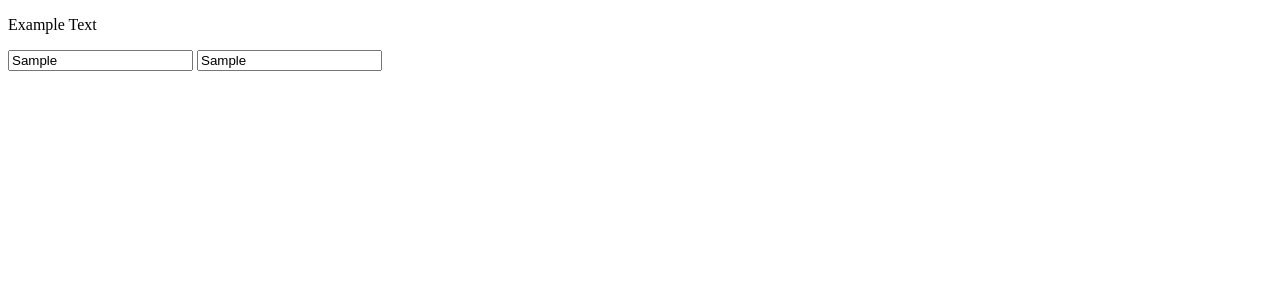
Repository: Priyanshubhartistm/webDev
Page: Jquery/index.html
These files come from the project's save history. The page is drawn as it stood at one moment and after a run of saves; the edit follows.
The browser window is 1280 px wide. The pictures show the whole page.
Empty fields were first filled with sample values (such as "Sample", 5 or name@example.com).
After loading, the first visible `input.input` was changed once.

Above is the page before, as saved 2021-07-01 19:16:30.

### Jquery/index.html
<!DOCTYPE html>
<html lang="en">

<head>
    <meta charset="UTF-8">
    <meta http-equiv="X-UA-Compatible" content="IE=edge">
    <meta name="viewport" content="width=device-width, initial-scale=1.0">
    <title>Document</title>
</head>

<body>
    <p class="reflextion">Example Text</p>
    <input type="text" class="input" placeholder="1" />
    <input type="text" class="input" placeholder="2" />

    <script src="https://code.jquery.com/jquery-3.6.0.slim.min.js"
        integrity="sha256-u7e5khyithlIdTpu22PHhENmPcRdFiHRjhAuHcs05RI=" crossorigin="anonymous"></script>

    <script>
        //   1. Single List Change
        // $($(".input")[1]).change(function(){
        //     console.log("changed");
        // });

        //  2. Complete List Change
        // <script>
        // $(".input").change(function(){
        //     console.log("changed");
        // });


        //    $("input").on(".input").change(function () {
        //         console.log("changed");
        //     });


        $("input").on(".input").change(function (e) {
           $("p")
        });

    </script>
</body>

</html>

After the next 4 saves:
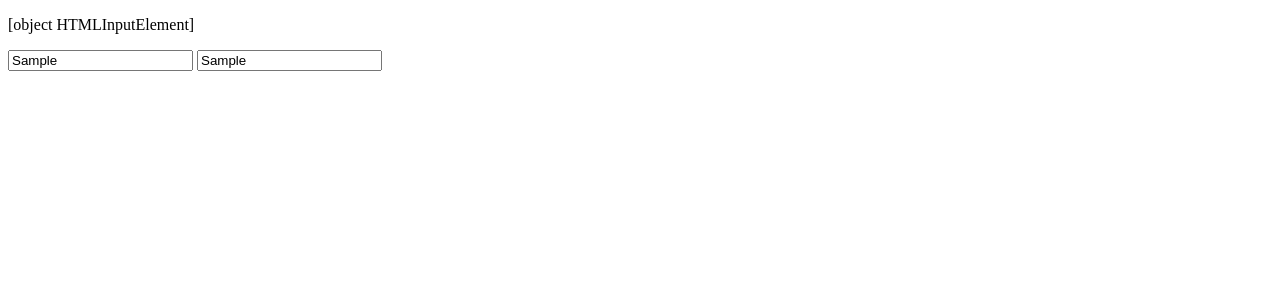
The 4 saves are shown as one change because they came seconds apart.
The last was saved 16 s later.
--- a/Jquery/index.html
+++ b/Jquery/index.html
@@ -35,7 +35,7 @@
 
 
         $("input").on(".input").change(function (e) {
-           $("p")
+           $("p").text(e.currentTarget)
         });
 
     </script>
